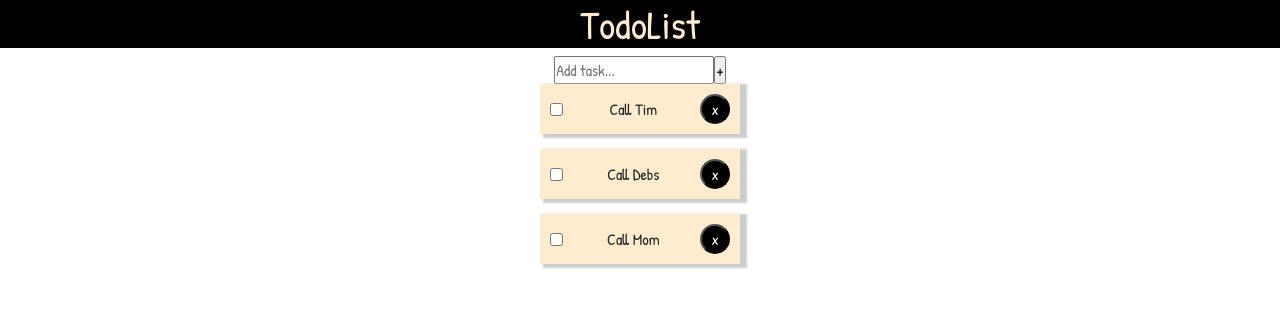
Repository: latenightsnacc/React-Projects
Page: / (app in todolist/)
The author's editor kept a copy of each file at every save. The page is drawn from the files as they stood at one save, then again after the next save.
The browser window is 1280 px wide. The pictures show the whole page.
The project was rebuilt for these pictures with package versions that can differ from the ones it lists, and the page was loaded fresh each time.

Above is the page before, as saved 2020-07-02 12:50:59.

### todolist/public/index.html
<!DOCTYPE html>
<html lang="en">
  <head>
    <meta charset="utf-8" />
    <link rel="icon" href="%PUBLIC_URL%/favicon.ico" />
    <meta name="viewport" content="width=device-width, initial-scale=1" />
    <meta name="theme-color" content="#000000" />
    <meta
      name="description"
      content="Web site created using create-react-app"
    />
    <link rel="apple-touch-icon" href="%PUBLIC_URL%/logo192.png" />
    <link rel="stylesheet" href="https://stackpath.bootstrapcdn.com/bootstrap/4.5.0/css/bootstrap.min.css" integrity="sha384-9aIt2nRpC12Uk9gS9baDl411NQApFmC26EwAOH8WgZl5MYYxFfc+NcPb1dKGj7Sk" crossorigin="anonymous">
    <link rel="manifest" href="%PUBLIC_URL%/manifest.json" />
    <link href="https://fonts.googleapis.com/css2?family=Patrick+Hand&display=swap" rel="stylesheet">
    <title>React App</title>
  </head>
  <body>
    <noscript>You need to enable JavaScript to run this app.</noscript>
    <div id="root"></div>
    <!--
      This HTML file is a template.
      If you open it directly in the browser, you will see an empty page.

      You can add webfonts, meta tags, or analytics to this file.
      The build step will place the bundled scripts into the <body> tag.

      To begin the development, run `npm start` or `yarn start`.
      To create a production bundle, use `npm run build` or `yarn build`.
    -->
  </body>
</html>

### todolist/src/App.js
import React, {Component} from 'react';
import TodoList from './components/TodoList';
import Header from './components/layout/Header';
import './styles/App.scss';
import AddItem from './components/AddItem';

class App extends Component  {
  constructor(props){
    super(props);
    this.state = {
      todos: [
        {
          id: 1,
          title: 'Call Tim',
          completed: false
        },
        {
          id: 2,
          title: 'Call Debs',
          completed: false
        },
        {
          id: 3,
          title: 'Call Mom',
          completed: false
        }
      ]
    }

  }

  // Toggle Complete
  markComplete = (id) => {
    this.setState({
      todos: this.state.todos.map(task => {
        if(task.id === id){
          task.completed = !task.completed
        }
        return task;
      })
    })
  }

  // Delete Task
  deleteTask = (id) => {
    this.setState({
      todos: [...this.state.todos.filter(
        task => task.id !== id
      )]
    })
  }

  render() {
    return (
      <div className="App">
        <Header />
        <div className="container">
          <AddItem />
          <TodoList tasks= {this.state.todos} markComplete={this.markComplete} deleteTask= {this.deleteTask} />
        </div>

      </div>
    );
  }

}

export default App;

### todolist/src/components/TodoList.js
import React, { Component } from 'react';
import PropTypes from 'prop-types';
import TodoItem from './TodoItem';

class TodoList extends Component {
    render() {
        return (
            <>
                <div style={todoList}>
                    {
                        this.props.tasks.map(task => {
                            return <TodoItem key={task.id} task= {task} markComplete={this.props.markComplete} deleteTask= {this.props.deleteTask} />
                        })
                    }
                </div>
            </>
        )
    }
}

const todoList = {
    display: 'flex',
    width: '100%',
    alignItems: 'center',
    flexDirection: 'column'
}
// PropTypes
TodoList.propTypes = {
    tasks: PropTypes.array.isRequired
}
export default TodoList;

### todolist/src/components/layout/Header.js
import React from 'react'

function Header() {
    return (
        <div style={headerStyle}>
           <h1>TodoList</h1>
        </div>
    )
}

const headerStyle = {
    background: 'black',
    color: '#ffebcd',
    textAlign: 'center',
    lineHeight: '1.4'
}

export default Header;

### todolist/src/styles/App.scss
@import "~bootstrap/scss/bootstrap";
@import url('https://fonts.googleapis.com/css2?family=Patrick+Hand&display=swap');

* {
    margin: 0;
    padding: 0;
    font-family: 'Patrick Hand', cursive;
}

.App .container {
    display: flex;
    width: 100vw;
    flex-direction: column;
    align-items: center;
}

### todolist/src/components/AddItem.js
import React, { Component } from 'react'

class AddItem extends Component {
    render() {
        return (
            <form style={{display: 'flex'}}>
                <input
                type="text"
                name="title"
                placeholder="Add task..."
                />
                <input
                type="submit"
                value="+"
                className="addBtn"
                />
            </form>
        )
    }
}

export default AddItem

### todolist/src/components/TodoItem.js
import React, { Component } from 'react';
import PropTypes from 'prop-types';

class TodoItem extends Component {
    getStyle = () => {
        return {
            background: '#ffebcd',
            width: '200px',
            padding: '10px',
            display: 'flex',
            alignItems: 'center',
            justifyContent: 'space-between',
            marginBottom: '15px',
            boxShadow: '5px 2px 2px 2px #cccccc',
            textDecoration: this.props.task.completed ?
            'line-through'
            :'none'
        }
    }

    render() {
        const { id, title } = this.props.task;
        return (
            <>
                <div style={this.getStyle()}>
                    <input type="checkbox" onChange={this.props.markComplete.bind(this, id)} /> &nbsp;
                    {title}
                    <button style={btn} onClick={this.props.deleteTask.bind(this, id)}>x</button>
                </div>
            </>
        )
    }
}
const btn = {
    float: 'right',
    background: 'black',
    height: '30px',
    width: '30px',
    borderRadius: '50%',
    textAlign: 'center',
    color: 'white',
    outline: 'none'
}
// PropTypes
TodoItem.propTypes = {
    task: PropTypes.object.isRequired
}
export default TodoItem

Loaded but not shown: todolist/src/index.js (common file)

After the next save:
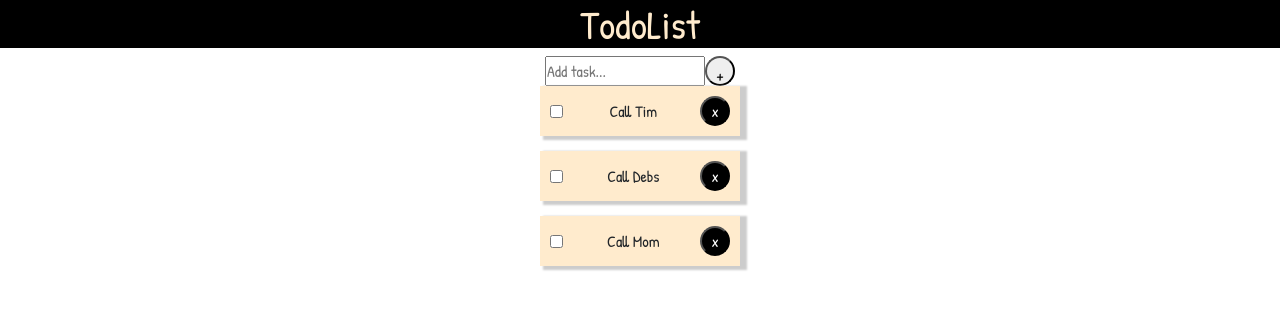
Saved 82 s later.
--- a/todolist/src/styles/App.scss
+++ b/todolist/src/styles/App.scss
@@ -7,9 +7,20 @@
     font-family: 'Patrick Hand', cursive;
 }
 
-.App .container {
-    display: flex;
-    width: 100vw;
-    flex-direction: column;
-    align-items: center;
+.App {
+    .container{
+        display: flex;
+        width: 100vw;
+        flex-direction: column;
+        align-items: center;
+    }
+
 }
+
+.addBtn {
+    height: 30px;
+    width: 30px;
+    border-radius: 50%;
+    text-align: center;
+    padding: 5px;
+}
